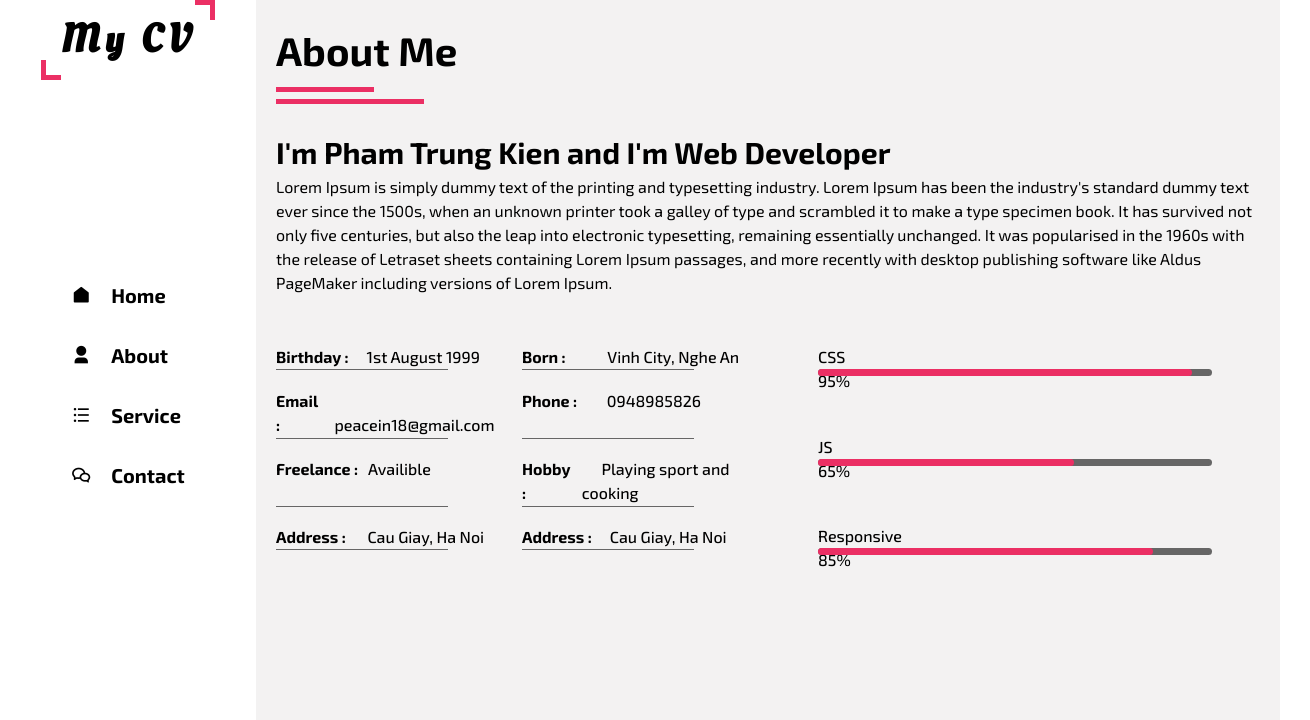
Repository: kien181999/First-Project
Page: index.html
The author's editor kept a copy of each file at every save. The page is drawn from the files as they stood at one save, then again after a run of saves.
The browser window is 1280 px wide. The page is 1310 px wide, so the pictures cover 1310 px, including what lies to the right of the window. The pictures show the whole page.
The style sheet was rebuilt from its Sass, Less or Tailwind sources for each picture, by a compiler version that may differ from the author's.

Above is the page before, as saved 2022-06-02 15:40:36.

After the next 4 saves:
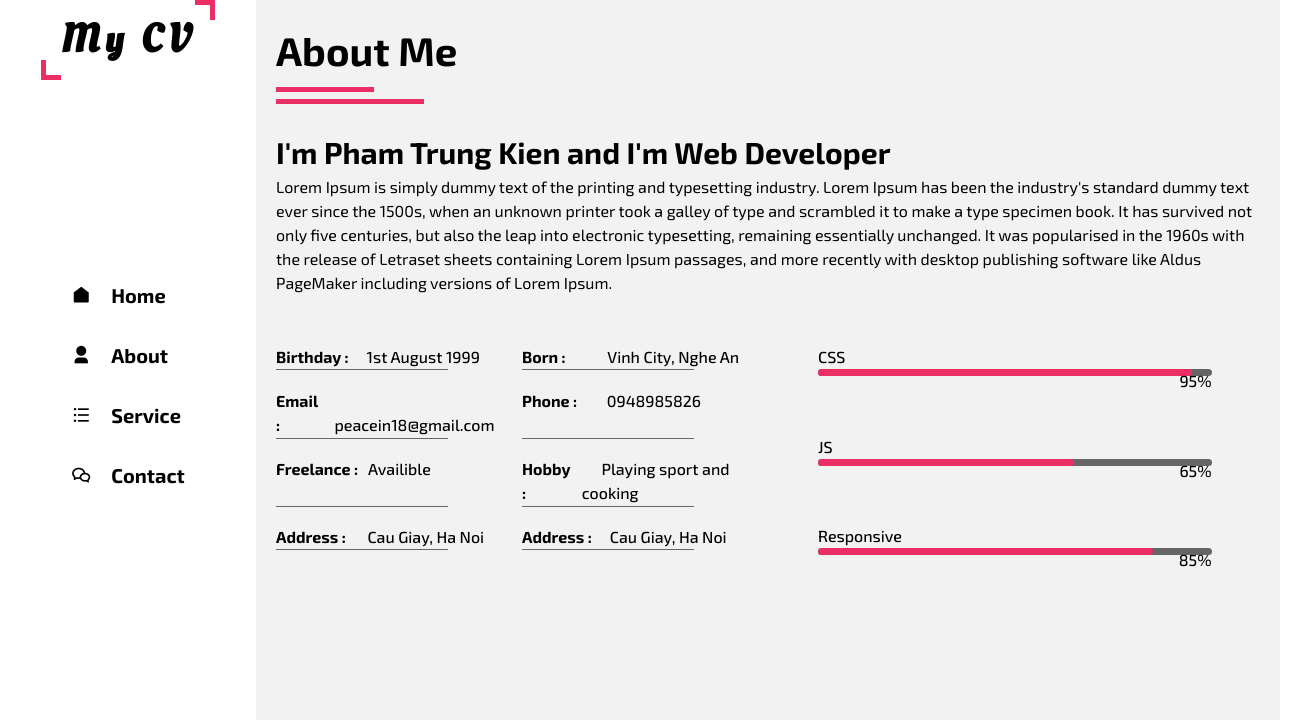
The 4 saves are shown as one change because they came seconds apart.
The last was saved 22 s later.
--- a/sass/_about.scss
+++ b/sass/_about.scss
@@ -89,7 +89,8 @@
             margin-bottom: 1rem;
         }
         &__number{
-
+            position: absolute;
+            right: 0;
         }
         }
 }
